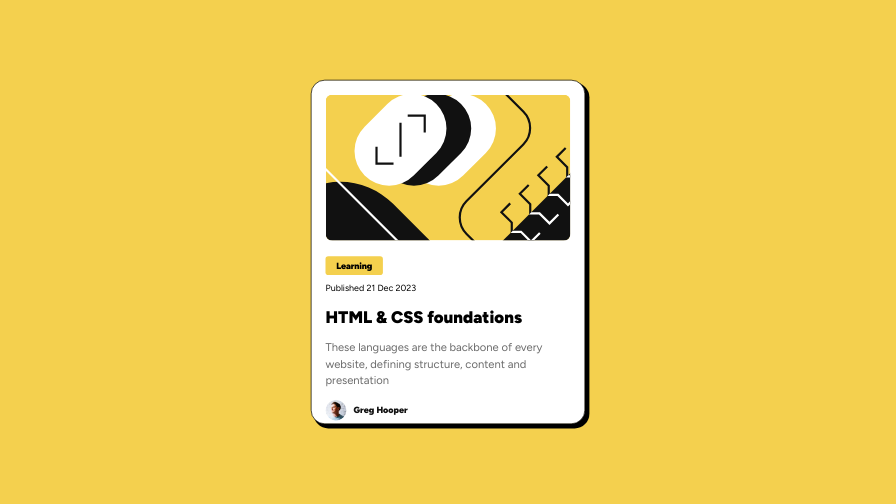
Repository: brandontaylor1/blogpreviewcard
Page: index.html
These files come from the project's save history. The page is drawn as it stood at one moment and after the next save; the edit follows.
The browser window is 1280 px wide. The pictures show the part of the page from y = 0 to 1920 px (the page is 720 px tall before and 2756 px after), at 70% of full size.

Above is the page before, as saved 2024-12-25 12:26:57.

After the next save:
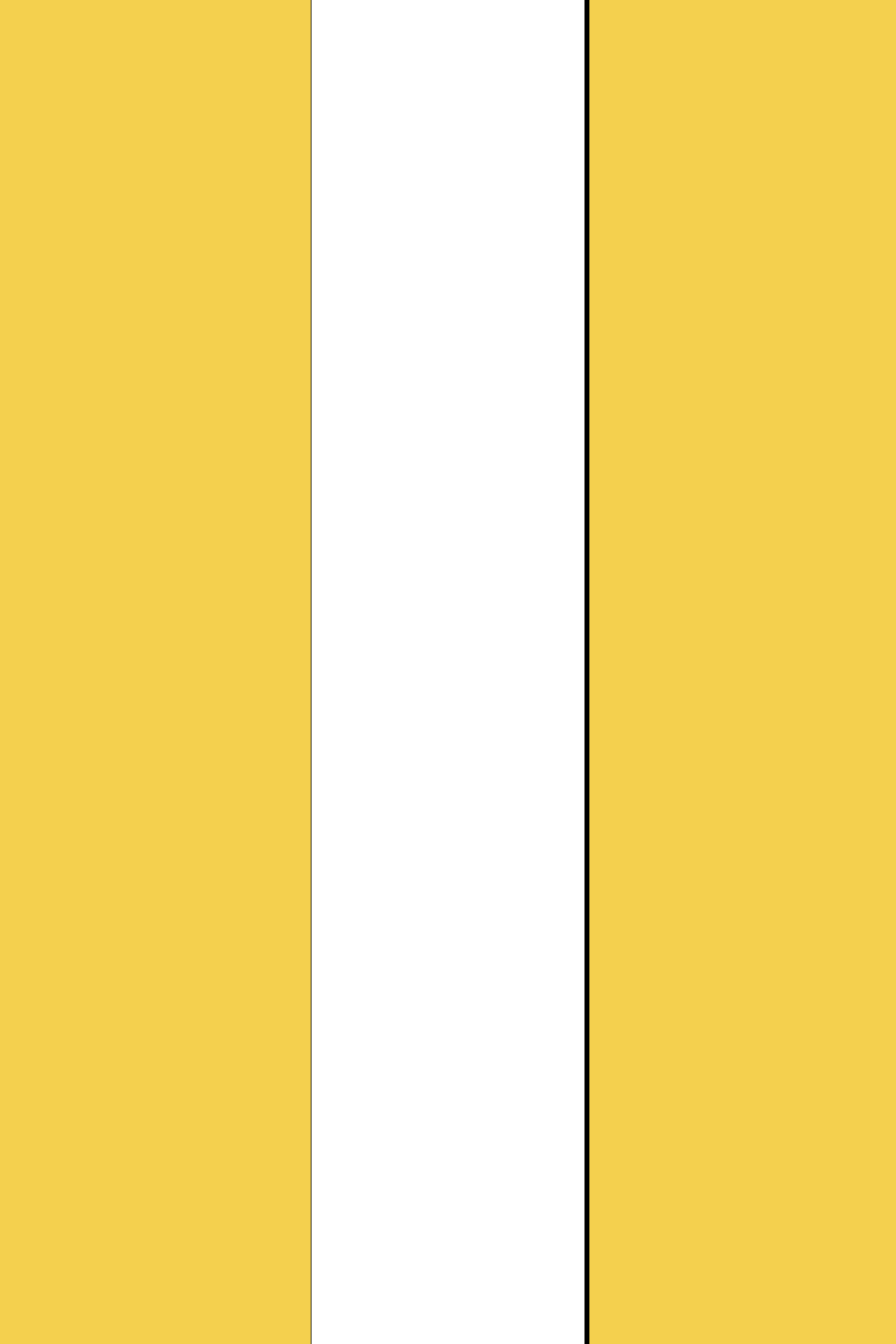
Saved 5 s later.
--- a/index.css
+++ b/index.css
@@ -38,7 +38,7 @@ body {
 
 .container {
     width: 350px;
-    height: 450px;
+    height: 4750px;
     margin: 0 auto;
     padding: 0 20px;
     background-color: var(--primary-white);
